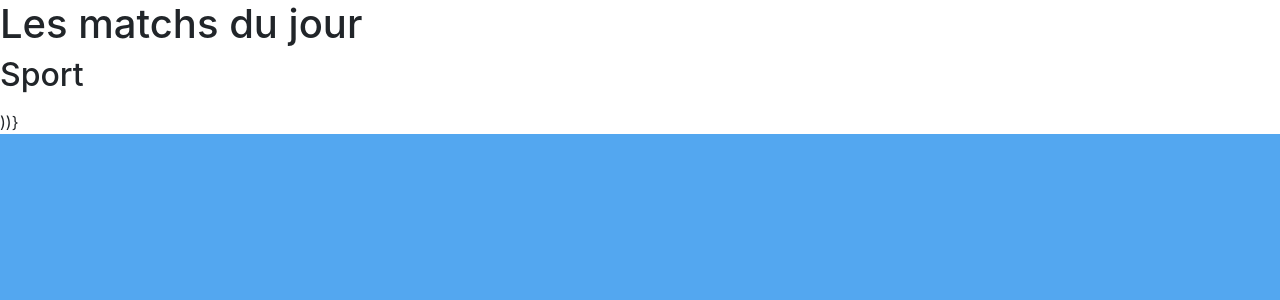
Repository: AnthonyPortier/Storpe_Front
Page: /match (app in front/)
The author's editor kept a copy of each file at every save. The page is drawn from the files as they stood at one save, then again after the next save.
The browser window is 1280 px wide. The pictures show the whole page.
The page's requests for data from a server got no answer. Some web libraries are served in a nearby version. The project was rebuilt for these pictures with package versions that can differ from the ones it lists, and the page was loaded fresh each time. No one was signed in, and anything a server would have sent is missing. Also part of the build but not shown: front/src/components/2_landingPage/LandingPage.css, front/src/components/2_landingPage/LandingPage.js, front/src/components/Ressources/HandleMMRChange.js, front/src/components/1_matchPage/MatchPage.scss, front/src/components/1_matchPage/MatchPage.js, front/src/components/7_registerPage/RegisterPage.css, front/src/components/7_registerPage/RegisterPage.js.

Above is the page before, as saved 2019-12-20 04:38:42.

### front/public/index.html
<!DOCTYPE html>
<html lang="en">
  <head>
    <meta charset="utf-8" />
    <link rel="icon" href="%PUBLIC_URL%/favicon.ico" />
    <meta name="viewport" content="width=device-width, initial-scale=1" />
    <meta name="theme-color" content="#000000" />
    <meta
      name="description"
      content=""
    />
    <link rel="apple-touch-icon" href="%PUBLIC_URL%/logo192.png" />
    <!--
      manifest.json provides metadata used when your web app is installed on a
      user's mobile device or desktop. See https://developers.google.com/web/fundamentals/web-app-manifest/
    -->
    <link rel="manifest" href="%PUBLIC_URL%/manifest.json" />
    <link rel="stylesheet" type="text/css" charset="UTF-8" href="https://cdnjs.cloudflare.com/ajax/libs/slick-carousel/1.6.0/slick.min.css" />
    <link rel="stylesheet" type="text/css" href="https://cdnjs.cloudflare.com/ajax/libs/slick-carousel/1.6.0/slick-theme.min.css" />
    <!--
      Notice the use of %PUBLIC_URL% in the tags above.
      It will be replaced with the URL of the `public` folder during the build.
      Only files inside the `public` folder can be referenced from the HTML.

      Unlike "/favicon.ico" or "favicon.ico", "%PUBLIC_URL%/favicon.ico" will
      work correctly both with client-side routing and a non-root public URL.
      Learn how to configure a non-root public URL by running `npm run build`.
    -->
    <title>STORPE</title>
  </head>
  <body>
    <div id="fb-root"></div>
    <noscript>You need to enable JavaScript to run this app.</noscript>
    <div id="root"></div>
    <!--
      This HTML file is a template.
      If you open it directly in the browser, you will see an empty page.

      You can add webfonts, meta tags, or analytics to this file.
      The build step will place the bundled scripts into the <body> tag.

      To begin the development, run `npm start` or `yarn start`.
      To create a production bundle, use `npm run build` or `yarn build`.
    -->
  </body>
</html>

### front/src/index.js
import React from 'react';
import "bootstrap/dist/css/bootstrap.min.css";
import ReactDOM from 'react-dom';
import App from './App';
import * as serviceWorker from './serviceWorker';
import { BrowserRouter } from 'react-router-dom';

ReactDOM.render(
    <BrowserRouter>
        <App />
    </BrowserRouter>,

document.getElementById('root'));

// If you want your app to work offline and load faster, you can change
// unregister() to register() below. Note this comes with some pitfalls.
// Learn more about service workers: https://bit.ly/CRA-PWA
serviceWorker.unregister();

### front/src/App.js
import React from 'react';
import "bootstrap/dist/css/bootstrap.min.css";
import './App.css';
import { useState } from 'react';
import {ContextHook} from './components/useContext'
import Router from './components/Router'
import MatchPage from './components/1_matchPage/MatchPage'

function App() {
  const [ranking, setRanking] = useState()
    return (

    <ContextHook.Provider value={{ranking, setRanking}}>
        <div className="app">


        <Router/>
        </div>
    </ContextHook.Provider>
  );
}

export default App;

### front/src/App.css

/* ------ Import de la font Hijo ------ */
@font-face {
    font-family: 'Hijo';
    src:
        local('Hijo'),
      url('./fonts/Hijo.otf') format('opentype')
    }


    html {
      background-color: #53a7f0;
    }

### front/src/components/useContext.js
import {createContext} from 'react';

export const ContextHook = createContext(null);

### front/src/components/Router.jsx
import React from 'react'
import Match from './0_matchPage/Match'
import { Switch, Route} from 'react-router-dom'
import LandingPage from './2_landingPage/LandingPage'
import MatchPage from './1_matchPage/MatchPage'
import CongratulationsPage from './6_congratulationsPage/CongratulationsPage'
import RegisterPage from './7_registerPage/RegisterPage'
{/*import ProfilePage from './4_profilePage/ProfilePage'*/}
{/*import EditProfile from './5_editProfile/EditProfile'*/}

const Router = () => {
    return(
        <div>
            <Switch>
                <Route exact path='/homepage' component={MatchPage}/>
                {/*<Route exact path ='/profilePage' component={ProfilePage}/>
                <Route exact path ='/editProfile' component={EditProfile}/>*/}
                <Route exact path ='/congratulations' component={CongratulationsPage}/>
                <Route exact path='/login' component={LandingPage}/>
                <Route exact path ='/' component={RegisterPage}/>
                <Route exact path ='/match' component={Match}/>
            </Switch>
        </div>
    )
}

export default Router;

### front/src/components/0_matchPage/Match.js
import React, {useContext, useState, useEffect} from 'react'
import axios from 'axios'
import { createPortal } from 'react-dom'

const Matches = () => {
    //hooks to get all matches & match by id & sport
    const [match, setMatch] = useState([])
    const [idMatch, setIdMatch] = useState([])
    const [football, setFootball] = useState([])
    const [basketball, setBasketball] = useState([])

    //get all matches
    const getMatches = () => {
        axios.get('http://localhost:5000/match')
        .then(res => setMatch(res.data))
        .catch((err) => console.log(err))
    }

    useEffect(() => {
        getMatches()
    }, [])

    //get matches by id
    const getIdMatch = () => {
        axios.get('http://localhost:5000/match/:id')
        .then(res => setIdMatch(res.data))
        .catch((err) => console.log(err))
    }

    // get football matches
    const getFootball = () => {
          axios.get('http://localhost:5000/match/football')
          .then(res => setFootBall(res.data))
          .catch((err) => console.log(err))
      }

    const getBasketball = () => {
        axios.get('http://localhost:5000/match/basketball')
    }

    return(
        <div>
            <div>
            <h1>Les matchs du jour</h1>
            </div>
            <div>
                <h2>Sport</h2>
            </div>
            <div>
                {match.map}
                    <div>
                        <p>{match.homeTeam}</p>
                        <p>{match.logo_homeTeam}</p>
                        <p>{match.awayTeam}</p>
                        <p>{match.logo_awayTeam}</p>
                        <p>{match.odd_home}</p>
                        <p>{match.odd_draw}</p>
                        <p>{match.resultat_match}</p>
                    </div>
                ))}
            </div>
            <div>
                <p>{idMatch.homeTeam}</p>
                <p>{idMatch.logo_homeTeam}</p>
                <p>{idMatch.awayTeam}</p>
                <p>{idMatch.logo_awayTeam}</p>
                <p>{idMatch.odd_home}</p>
                <p>{idMatch.odd_draw}</p>
                <p>{idMatch.resultat_match}</p>
            </div>
        </div>
    )

}

export default Matches

### front/src/components/6_congratulationsPage/CongratulationsPage.js
import React from 'react';


const CongratulationsPage = () => {
    return (  "");
}

export default CongratulationsPage;

Loaded but not shown: front/src/serviceWorker.js (common file)

After the next save:
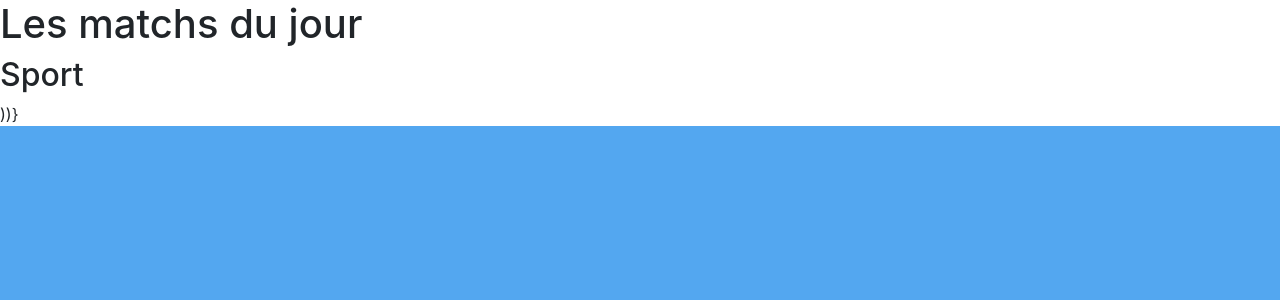
Saved 2 min 32 s later.
--- a/front/src/components/0_matchPage/Match.js
+++ b/front/src/components/0_matchPage/Match.js
@@ -47,7 +47,7 @@ const Matches = () => {
                 <h2>Sport</h2>
             </div>
             <div>
-                {match.map}
+                {match.map( e => {
                     <div>
                         <p>{match.homeTeam}</p>
                         <p>{match.logo_homeTeam}</p>
@@ -57,6 +57,8 @@ const Matches = () => {
                         <p>{match.odd_draw}</p>
                         <p>{match.resultat_match}</p>
                     </div>
+                })}
+
                 ))}
             </div>
             <div>
